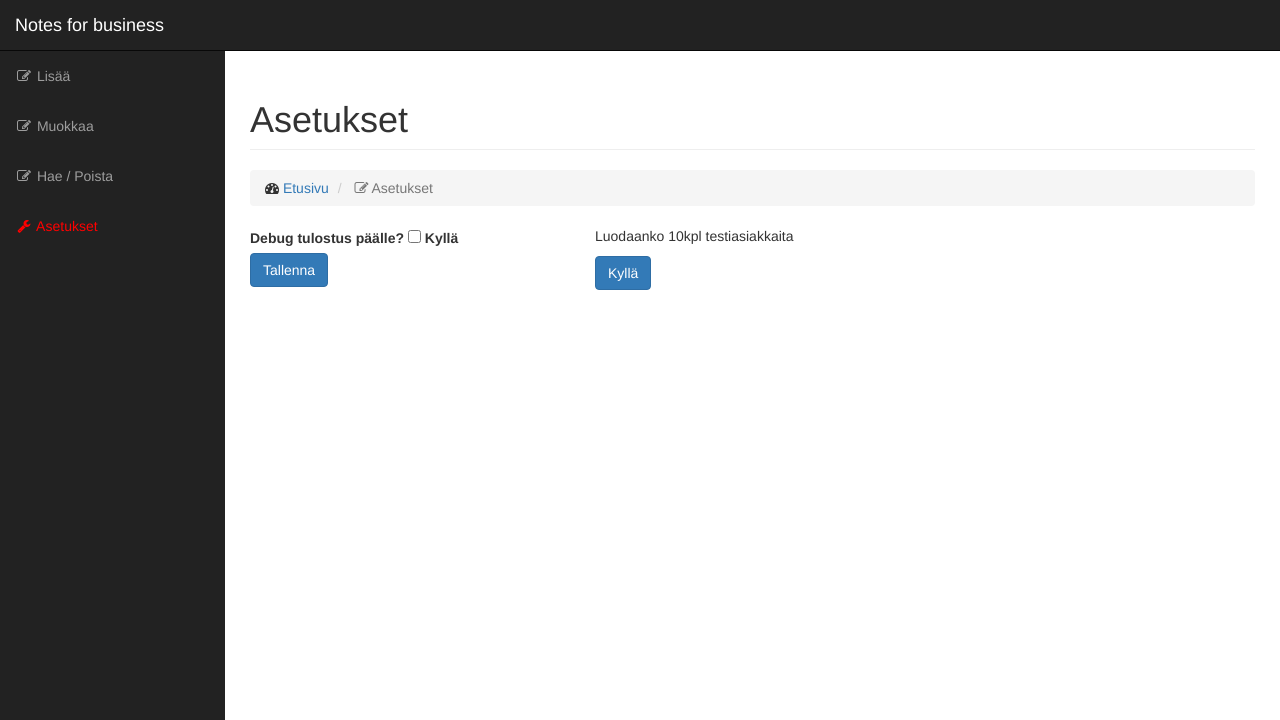
Repository: TommiKurjensalo/php
Page: http://localhost/asetukset.php
An editor plug-in stored every save of this project. The page is shown before and after the next save, followed by the edit.
The browser window is 1280 px wide. The pictures show the whole page.
The page is run by PHP 8.4 with error messages shown; the project is at /var/www/html/.

Above is the page before, as saved 2017-04-22 18:31:40.

### sivut/asetukset.php
<?php
require_once "asetuksetLuokka.php";

// Käynnistetään sessio
session_start ();

// Onko painettu tallenna-painiketta
if (isset($_POST["tallenna"])) {
	if (isset($_COOKIE["isDebug"])) {
		echo "<div style='padding-left:300px;'>";
		echo "post debug: ".(isset($_POST["debug"])
				? $_POST["debug"] : 'notSet') ."  tallenna painike valittu </div>";
	}
	// Viedään muodostimelle kenttien arvot
		if (isset($_POST["debug"])) {
			$asetukset = true;

			// Kirjoitetaan session tiedot talteen
			$_SESSION ["asetukset"] = true;
			session_write_close ();

			// Asetetaan cookie, koska debug haluttiin päälle
			setcookie("isDebug", $_POST["debug"], time() +86400, "/sivut/"); // 86400 = 1 day

			echo (isset($_COOKIE["isDebug"]) ? "<br><div style='padding-left:300px;'> Cookies are enabled </div>" : '');

		} else {

				// Tuhotaan cookie, koska käyttäjä niin halusi
				setcookie("isDebug", "", time() - 3600, "/sivut/");

				echo (isset($_COOKIE["isDebug"]) ? "<br><div style='padding-left:300px;'>  if isset post debug else tuhotaan " : '');

				$_SESSION = array ();

					if (isset ( $_COOKIE [session_name ()] )) {
						setcookie ( session_name (), '', time () - 100, '/' );
					}

				session_destroy ();
				$asetukset = false;

				echo (isset($_COOKIE["isDebug"]) ? "<br> Cookies are disabled" :''). "</div>";
		}

	echo (isset($_COOKIE["isDebug"])
			? "<div style='padding-left:300px;'>if cookie debug sisältö: " .(isset($_COOKIE["isDebug"])
					? $_COOKIE["isDebug"] :'false'). "</div>" : '</div>');

} elseif (isset ( $_POST ["debug"] )) {
	if (isset ( $_SESSION ["asetukset"] )) {
		echo (isset($_COOKIE["isDebug"]) ? "<div style='padding-left:300px;'> elseif isset post&session </div>" :'');
		$_SESSION = array ();

		if (isset ( $_COOKIE [session_name ()] )) {
			setcookie ( session_name (), '', time () - 100, '/' );
		}

		session_destroy ();
	}

} else {

	// Sivulle tultiin ensimmäistä kertaa
	// Tehdään false muuttuja
	$asetukset = false;

	if (isset ($_COOKIE["isDebug"] )) {
		if (isset ( $_SESSION ["asetukset"] )) {
			echo (isset($_COOKIE["isDebug"]) ? "<div style='padding-left:300px;'><br>else isset session asetukset sisältö: " .$_SESSION ["asetukset"]. "</div>" :'');
			$asetukset = true;
		}

		$asetukset = true;
		echo (isset($_COOKIE["isDebug"]) ?
		"<div style='padding-left:300px;'>" .
		" else isset cookie debug sisältö: " .$_COOKIE["isDebug"]. "</div>":'');

	} elseif (isset ( $_SESSION ["asetukset"] )) {
		$asetukset = true;
	}



}

?>

<!DOCTYPE html>
<html lang="en">

<head>

    <meta charset="utf-8">
    <meta http-equiv="X-UA-Compatible" content="IE=edge">
    <meta name="viewport" content="width=device-width, initial-scale=1">
    <meta name="description" content="">
    <meta name="author" content="">

    <title>Notes</title>

    <!-- Bootstrap Core CSS -->
    <link href="css/bootstrap.min.css" rel="stylesheet">

    <!-- Custom CSS -->
    <link href="css/sb-admin.css" rel="stylesheet">

    <!-- Custom Fonts -->
    <link href="font-awesome/css/font-awesome.min.css" rel="stylesheet" type="text/css">

    <!-- HTML5 Shim and Respond.js IE8 support of HTML5 elements and media queries -->
    <!-- WARNING: Respond.js doesn't work if you view the page via file:// -->
    <!--[if lt IE 9]>
        <script src="https://oss.maxcdn.com/libs/html5shiv/3.7.0/html5shiv.js"></script>
        <script src="https://oss.maxcdn.com/libs/respond.js/1.4.2/respond.min.js"></script>
    <![endif]-->

</head>

<body>

    <div id="wrapper">

        <!-- Navigation -->
        <nav class="navbar navbar-inverse navbar-fixed-top" role="navigation">
            <!-- Brand and toggle get grouped for better mobile display -->
            <div class="navbar-header">
                 <a class="navbar-brand" href="index.php">Notes for business</a>

            </div>

            <!-- Sidebar Menu Items - These collapse to the responsive navigation menu on small screens -->
            <div class="collapse navbar-collapse navbar-ex1-collapse">
                <ul class="nav navbar-nav side-nav">
                    <li>
                        <a href="lisaa.php"> <i class="fa fa-fw fa-edit"></i> Lisää</a>
                    </li>
                    <li>
                        <a href="muokkaa.php"><i class="fa fa-fw fa-edit"></i> Muokkaa</a>
                    </li>
                    <li>
                        <a href="listaaKaikki.php"><i class="fa fa-fw fa-edit"></i> Hae / Poista</a>
                    </li>
                    <li>
                        <a href="asetukset.php" class="active"><i class="fa fa-fw fa-wrench"></i> Asetukset</a>
                    </li>

                </ul>
            </div>
            <!-- /.navbar-collapse -->
        </nav>

        <div id="page-wrapper">

            <div class="container-fluid">

                <!-- Page Heading -->
                <div class="row">
                    <div class="col-lg-12">
                        <h1 class="page-header">
                            Asetukset
                        </h1>
                        <ol class="breadcrumb">
                            <li>
                                <i class="fa fa-dashboard"></i>  <a href="index.php">Etusivu</a>
                            </li>
                            <li class="active">
                                <i class="fa fa-edit"></i> Asetukset
                            </li>
                        </ol>
                    </div>
                </div>
                <!-- /.row -->

                <div class="row">
                    <div class="col-lg-4">

                        <form class="form-inline" role="form" action="<?php echo htmlspecialchars($_SERVER["PHP_SELF"]);?>" method="post">

                            <div class="form-check form-check-inline">
  							  <label class="form-check-label"> Debug tulostus päälle?
	                                	<input name="debug" type="checkbox" class="form-check-input" value="true"
	                                	<?php echo (($asetukset ===true) ? ' checked' : ''); ?> /> Kyllä</label>
	                                </div>

                          	<div class="form-group">

                            		<input name="tallenna" type="submit" class="btn btn-primary px-2" value="Tallenna"/>
							</div> <!-- ./form-group -->


					</div> <!-- ./col-lg-4 -->

						<div class="col-lg-4"> <!-- luo testi asiakkaita -->
						<p>Luodaanko 10kpl testiasiakkaita</p>
							<?php
							if (isset($_POST["luoTestiAsiakkaita"])) {
							try {

								$asiakas = new Asetukset();
								$rivit = $asiakas->lisaaTestiAsiakkaita();

							echo ((stripos($rivit[0], 'lisaa ok') !== FALSE && stripos($rivit[1],
			                      'lisaa_kayttojarjestelma ok') !== FALSE)
			                       ? '<h3 style="color:green"><i class="glyphicon glyphicon-ok">
			                       </i> Testi asiakkaat on lisätty onnistuneesti! <br> Lisättyjä rivejä: '
			                       .$rivit[2]. '</h3>': '<h3>Lisäys epäonnistui</h3>');
							} catch (Exception $error) {

								print($error->getMessage());
								echo "<br>";
								}
							}
							?>

							<div class="form-group">
                 					<input name="luoTestiAsiakkaita" type="submit" class="btn btn-primary px-2" value="Kyllä"/>
							</div> <!-- ./form-group -->

						</div> <!-- ./col-lg-4  luo testi asiakkaita -->

                    </form>
                </div>
                <!-- /.row -->

            </div>
            <!-- /.container-fluid -->

        </div>
        <!-- /#page-wrapper -->

    </div>
    <!-- /#wrapper -->

    <!-- jQuery -->
    <script src="js/jquery.js"></script>

    <!-- Bootstrap Core JavaScript -->
    <script src="js/bootstrap.min.js"></script>

</body>

</html>

### sivut/asetuksetLuokka.php
<?php
require_once "PDO.php";

class Asetukset {
public function lisaaTestiAsiakkaita() {

// *** lisaa taulun lisäys
for ($i=1;$i<=10;$i++) {
	// Luodaan SQL kysely tietojen lisäystä varten
	$sql_lisaa = "INSERT INTO lisaa (asiakkaanNimi,sahkopostiosoite,puhelinNumero,
                        		asennusPaivamaara,levytila,lisatietoa)
                               	VALUE (:asiakkaanNimi,:sahkopostiosoite,:puhelinNumero,
                                :asennusPaivamaara,:levytila,:lisatietoa);";

	// Valmistellaan lause
	$stmt_lisaa = Database :: prepare($sql_lisaa);

	// Jos lausetta ei ole onnistuneesti valmisteltu, annetaan virheilmoitus
	if (! $stmt_lisaa = Database :: prepare($sql_lisaa)) {
		$virhe_lisaa = Database :: errorInfo();

		throw new PDOException($virhe_lisaa[2], $virhe_lisaa[1]);
	}

	// Asetetaan asiakkaan nimi Asiakas?
	$stmt_lisaa->bindValue(":asiakkaanNimi", utf8_decode("Asiakas".$i), PDO::PARAM_STR);

	// Asetetaan sähköposti
	$stmt_lisaa->bindValue(":sahkopostiosoite", utf8_decode("asiakas".$i."@asiakas.org"), PDO::PARAM_STR);

	// Asetetaan puhelinnumero
	$stmt_lisaa->bindValue(":puhelinNumero", utf8_decode("040-123 45".$i), PDO::PARAM_STR);

	// Asetetaan asennuspäivämäärä
	$stmt_lisaa->bindValue(":asennusPaivamaara", utf8_decode("2016-05-" .$i), PDO::PARAM_STR);

	// Asetetaan levytila 20x Gt
	$stmt_lisaa->bindValue(":levytila", utf8_decode("20".$i), PDO::PARAM_INT);


	// Asetetaan lisatietoa
	$stmt_lisaa->bindValue(":lisatietoa", utf8_decode("Lisätietoja koskien asiakasta".$i), PDO::PARAM_STR);

	$tulos = array();

	// Jos SQL kyselylausekkeen ajo epäonnistuu, näytetään virheviesti
	if (! $stmt_lisaa->execute()) {
		$virhe_lisaa = $stmt_lisaa->errorInfo();
		$tulos[] = $virhe_lisaa;

		if ($virhe_lisaa[0] == "HY093") {
			$virhe_lisaa[2] = "Invalid parameter";
		}
		throw new PDOException($virhe_lisaa[2], $virhe_lisaa[1]);
	} else {
		$tulos[] = "lisaa ok";
	}
//} // for loop - lisaa kantaan

	// debuggausta varten
	if (isset($_COOKIE["isDebug"])) {
		echo "<br>var_dump: ".	var_dump($lisaa). "<br>";
		echo "INSERT INTO lisaa (lisaaId,asiakkaanNimi,sahkopostiosoite,puhelinNumero,
				asennusPaivamaara,levytila,lisatietoa)
				VALUE (:lisaaId,\"".$lisaa->getAsiakkaanNimi()."\",\"" .$lisaa->getSahkopostiosoite(). "\",\"" .$lisaa->getPuhelinNumero()."\",
				\"".$asennusPaivamaara."\",\"".$lisaa->getLevytila()."\",\"".$lisaa->getLisatietoa()."\");";

		echo '<br>';
	}

// *** lisaa_kayttajarjestelma taulun lisäys
$y=0; // muuttuja käyttöjärjestelmä id:tä varten

//for ($i=1;$i<=10;$i++) {
	(($y >=4) ? $y=1 : $y++);
	// SQL lauseke
	$sql_linkkaus = "INSERT INTO lisaa_kayttojarjestelma (kayttoJarjestelmaId,lisaaId)
                     VALUE (:kayttoJarjestelmaId,:lisaaId);";

	// Valmistellaan lause
	$stmt_linkkaus = Database :: prepare($sql_linkkaus);

	// Jos lausetta ei ole onnistuneesti valmisteltu, annetaan virheilmoitus
	if (! $stmt_linkkaus = Database :: prepare($sql_linkkaus)) {
		$virhe_linkkaus = Database :: errorInfo();

		throw new PDOException($virhe_linkkaus[2], $virhe_linkkaus[1]);
	}

	// Asetetaan käyttöjärjestelmä id
	$stmt_linkkaus->bindValue(":kayttoJarjestelmaId", utf8_decode($y), PDO::PARAM_STR);

	// Asetetaan lisaa id
	$stmt_linkkaus->bindValue(":lisaaId", utf8_decode(Database::lastInsertId()), PDO::PARAM_INT);

	// Jos SQL kyselylausekkeen ajo epäonnistuu, näytetään virheviesti
	if (! $stmt_linkkaus->execute()) {
		$virhe_linkkaus = $stmt_linkkaus->errorInfo();
		$tulos[] = $virhe_linkkaus;
		if ($virhe_linkkaus[0] == "HY093") {
			$virhe_linkkaus[2] = "Invalid parameter";
		}

		throw new PDOException($virhe_linkkaus[2], $virhe_linkkaus[1]);
	} else {
		$tulos[] = "lisaa_kayttojarjestelma ok";
	}

	if (isset($_COOKIE["isDebug"])) {
		echo "INSERT INTO lisaa_kayttojarjestelma (kayttoJarjestelmaId,lisaaId)
              VALUE (\"".$y."\",\"".Database::lastInsertId()."\");";
	}

} // for loop -


	$this->lkm = $stmt_lisaa->rowCount();
	$tulos[] = $this->lkm;
	return $tulos;

} // function lisaaTestiAsiakkaita
}
?>

### sivut/PDO.php
<?php

class Database {

	// Määritellään $link muuttujalle arvo null
	private static $link = null ;

	// Luodaan funktio getLink, joka palauttaa $link arvon, jos se on true
	private static function getLink ( ) {
		if ( self :: $link ) {
			return self :: $link ;
		}

		// Määritellään asetustiedosto
		$ini = "pdo_settings.ini" ;

		// Määritetään, muuttujalle asetustiedoston sisältö, jos tiedostoa ei löydy annettaan virheilmoitus
		//$parse = parse_ini_file ( $ini , TRUE ) ;
		if (!$parse = parse_ini_file($ini, TRUE,INI_SCANNER_TYPED)) throw new exception('Ei pystytty avaamaan tiedostoa ' . $ini . '.');

		// Annetaan muuttujille arvot asetustiedostosta
		$driver = $parse [ "db_driver" ] ;
		$dsn = "${driver}:" ;
		$user = $parse [ "db_user" ] ;
		$password = $parse [ "db_password" ] ;
		$options = $parse [ "db_options" ] ;
		$attributes = $parse [ "db_attributes" ] ;

		// Luodaan [dsn] lohkon avulla $dsn muuttujan parametrit
		foreach ( $parse [ "dsn" ] as $k => $v ) {
			$dsn .= "${k}=${v};" ;
		}

		// Avataan uusi PDO yhteys annetuilla arvoilla
		self :: $link = new PDO ( $dsn, $user, $password, $options ) ;


		// Käydään attribuutit läpi ja ajetaan ne
		foreach ( $attributes as $k => $v ) {

			self :: $link -> setAttribute ( constant ( "{$k}" )
			, constant ( "{$v}" ) );
			//echo ( "link -> setAttribute (" .$k.", ".$v. ")" );
		}


		// Palautetaan $link (yhteys)
		return self :: $link ;

} // getLink

	// Pyytää linkin tiedon array listaan
	public static function __callStatic ( $name, $args ) {
		$callback = array ( self :: getLink ( ), $name ) ;
		return call_user_func_array ( $callback , $args ) ;
	}

	// Yksinkertainen funtio, joka testaa onko yhteys päällä
	public function isConnected()
	{
		try {
			return (bool) Database::query('SELECT 1+1');
		} catch (PDOException $e) {
			return FALSE;
		}
	} // isConnected
} // Database

?>

### sivut/css/sb-admin.css
/*!
 * Start Bootstrap - SB Admin (http://startbootstrap.com/)
 * Copyright 2013-2016 Start Bootstrap
 * Licensed under MIT (https://github.com/BlackrockDigital/startbootstrap/blob/gh-pages/LICENSE)
 */

/* Global Styles */

body {
    margin-top: 100px;
   /* background-color: #222; */
}

@media(min-width:768px) {
    body {
        margin-top: 50px;
    }
}

#wrapper {
    padding-left: 0;
}

#page-wrapper {
    width: 100%;
    padding: 0;
    background-color: #fff;
}

.huge {
    font-size: 50px;
    line-height: normal;
}

@media(min-width:768px) {
    #wrapper {
        padding-left: 225px;
    }

    #page-wrapper {
        padding: 10px;
    }
}

/* Top Navigation */

.top-nav {
    padding: 0 15px;
}

.top-nav>li {
    display: inline-block;
    float: left;
}

.top-nav>li>a {
    padding-top: 15px;
    padding-bottom: 15px;
    line-height: 20px;
    color: #999;
}

.top-nav>li>a:hover,
.top-nav>li>a:focus,
.top-nav>.open>a,
.top-nav>.open>a:hover,
.top-nav>.open>a:focus {
    color: #fff;
    background-color: #000;
}

.top-nav>.open>.dropdown-menu {
    float: left;
    position: absolute;
    margin-top: 0;
    border: 1px solid rgba(0,0,0,.15);
    border-top-left-radius: 0;
    border-top-right-radius: 0;
    background-color: #fff;
    -webkit-box-shadow: 0 6px 12px rgba(0,0,0,.175);
    box-shadow: 0 6px 12px rgba(0,0,0,.175);
}

.top-nav>.open>.dropdown-menu>li>a {
    white-space: normal;
}

ul.message-dropdown {
    padding: 0;
    max-height: 250px;
    overflow-x: hidden;
    overflow-y: auto;
}

li.message-preview {
    width: 275px;
    border-bottom: 1px solid rgba(0,0,0,.15);
}

li.message-preview>a {
    padding-top: 15px;
    padding-bottom: 15px;
}

li.message-footer {
    margin: 5px 0;
}

ul.alert-dropdown {
    width: 200px;
}

/* Side Navigation */

@media(min-width:768px) {
    .side-nav {
        position: fixed;
        top: 51px;
        left: 225px;
        width: 225px;
        margin-left: -225px;
        border: none;
        border-radius: 0;
        overflow-y: auto;
        background-color: #222;
        bottom: 0;
        overflow-x: hidden;
        padding-bottom: 40px;
    }

    .side-nav>li>a {
        width: 225px;
    }

	.nav .navbar-nav .side-nav > .active > a {
        color:red !important;
    }

	.side-nav a.active{
        color:red !important;
    }

    .side-nav li a:hover,
    .side-nav li a:focus {
        outline: none;
        background-color: #000 !important;
    }
}

.side-nav>li>ul {
    padding: 0;
}

.side-nav>li>ul>li>a {
    display: block;
    padding: 10px 15px 10px 38px;
    text-decoration: none;
    color: #999;
}

.side-nav>li>ul>li>a:hover {
    color: #fff;
}

/* Flot Chart Containers */

.flot-chart {
    display: block;
    height: 400px;
}

.flot-chart-content {
    width: 100%;
    height: 100%;
}

/* Custom Colored Panels */

.huge {
    font-size: 40px;
}

.panel-green {
    border-color: #5cb85c;
}

.panel-green > .panel-heading {
    border-color: #5cb85c;
    color: #fff;
    background-color: #5cb85c;
}

.panel-green > a {
    color: #5cb85c;
}

.panel-green > a:hover {
    color: #3d8b3d;
}

.panel-red {
    border-color: #d9534f;
}

.panel-red > .panel-heading {
    border-color: #d9534f;
    color: #fff;
    background-color: #d9534f;
}

.panel-red > a {
    color: #d9534f;
}

.panel-red > a:hover {
    color: #b52b27;
}

.panel-yellow {
    border-color: #f0ad4e;
}

.panel-yellow > .panel-heading {
    border-color: #f0ad4e;
    color: #fff;
    background-color: #f0ad4e;
}

.panel-yellow > a {
    color: #f0ad4e;
}

.panel-yellow > a:hover {
    color: #df8a13;
}

@media screen and (max-width: 1024px) {
				.etusivu {
				left: 50%;
				margin-left: -512px; }
		}

.etusivu {
			background: linear-gradient(to bottom,rgba(0, 0, 0, 0), rgba(0, 0, 0, 0.4)
			),url(../img/film-background.jpg);
			position: fixed;
			overflow: hidden;
			left: 0;
	  		/* Set rules to fill background */
			min-height: 100%;
			min-width: 1024px;

			/* Set up proportionate scaling */
			width: 100%;
			height: auto;
    	}

.etusivu > h1 {
		     margin: 0;
			 color: white;
			 padding: 10% 0 0 50%;
			 text-shadow: 10px 10px 0 black;
		 }

hr {
   display: block;
   position: relative;
   height: 0;
   width: 100%;
   max-height: 0;
   font-size: 1px;
   line-height: 10px;
   clear: both;
   border: none;
   border-top: 2px solid #aaaaaa;
   border-bottom: 2px solid #ffffff;
}

.table-hover>tbody>tr:hover>td, .table-hover>tbody>tr:hover>th {
  background-color: #646464;
  color:#eeeeee;
}

Loaded but not shown: sivut/css/bootstrap.min.css (library); sivut/font-awesome/css/font-awesome.min.css (library); sivut/js/jquery.js (library); sivut/js/bootstrap.min.js (library)

After the next save:
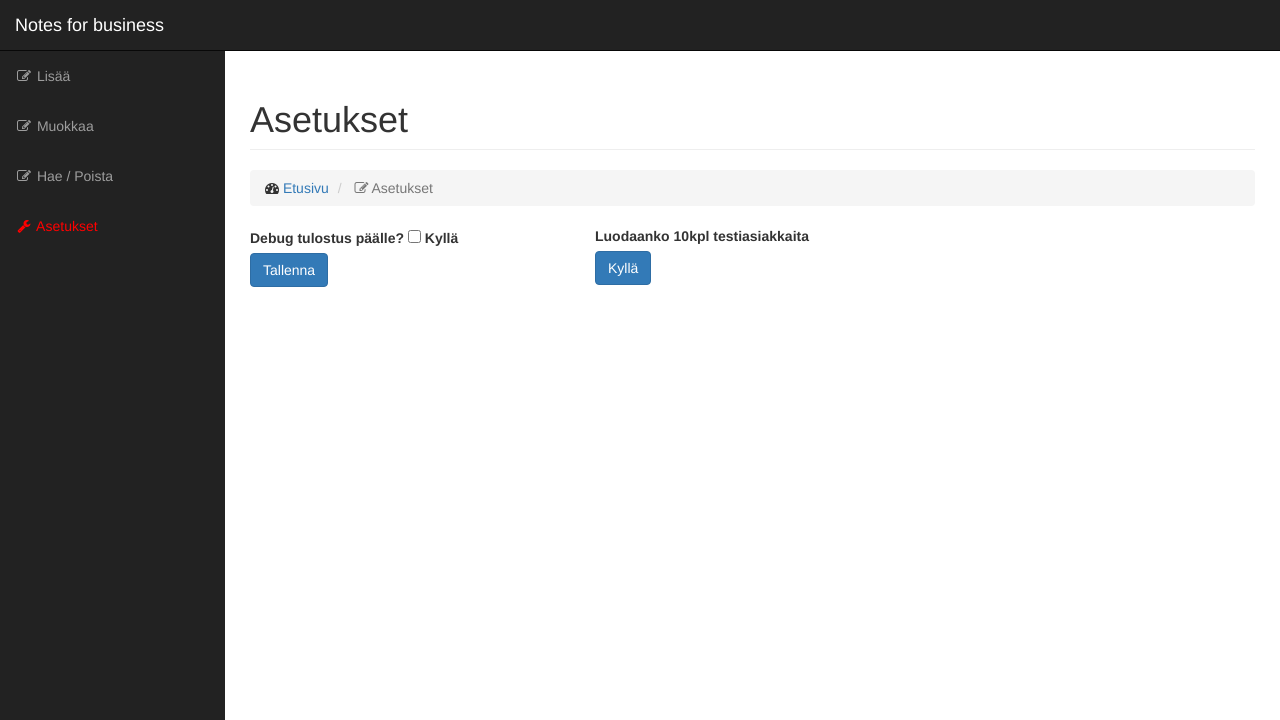
Saved 12 s later.
--- a/sivut/asetukset.php
+++ b/sivut/asetukset.php
@@ -192,7 +192,7 @@ if (isset($_POST["tallenna"])) {
 					</div> <!-- ./col-lg-4 -->
 
 						<div class="col-lg-4"> <!-- luo testi asiakkaita -->
-						<p>Luodaanko 10kpl testiasiakkaita</p>
+						<label>Luodaanko 10kpl testiasiakkaita</label>
 							<?php
 							if (isset($_POST["luoTestiAsiakkaita"])) {
 							try {
